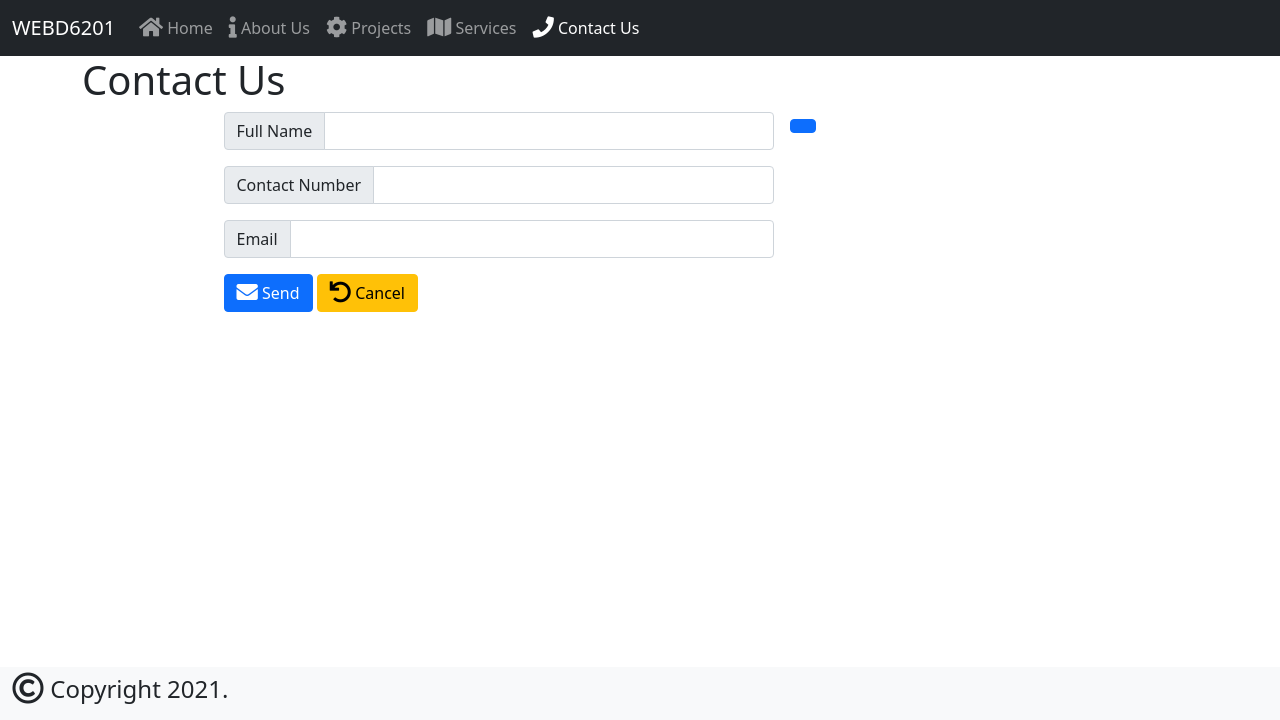
Repository: CKM206/WEBD6201-W2021-ICE2
Page: contact.html
These files come from the project's save history. The page is drawn as it stood at one moment and after the next save; the edit follows.
The browser window is 1280 px wide. The pictures show the whole page.

Above is the page before, as saved 2021-01-28 09:40:04.

### contact.html
<!DOCTYPE html>
<html lang="en">
<head>
    <meta charset="UTF-8">
    <meta name="viewport" content="width=device-width, initial-scale=1.0">
    <title>Contact</title>
    <!-- CSS Section -->
    <link rel="stylesheet" href="./node_modules/bootstrap/dist/css/bootstrap.min.css">
    <link rel="stylesheet" href="./node_modules/@fortawesome/fontawesome-free/css/all.min.css">
    <link rel="stylesheet" href="./Content/app.css">
</head>
<body>
    <!-- Main Header -->
    <header>
        <!-- Main Navigation -->
        <nav class="navbar navbar-expand-lg navbar-dark bg-dark">
            <div class="container-fluid">
              <a class="navbar-brand" href="index.html">WEBD6201</a>
              <button class="navbar-toggler" type="button" data-bs-toggle="collapse" data-bs-target="#navbarSupportedContent" aria-controls="navbarSupportedContent" aria-expanded="false" aria-label="Toggle navigation">
                <span class="navbar-toggler-icon"></span>
              </button>
              <div class="collapse navbar-collapse" id="navbarSupportedContent">
                <ul class="navbar-nav me-auto mb-2 mb-lg-0">
                  <li class="nav-item">
                    <a class="nav-link" aria-current="page" href="index.html"><i class="fas fa-home fa-lg"></i> Home</a>
                  </li>

                  <li class="nav-item">
                    <a class="nav-link" aria-current="page" href="about.html"><i class="fas fa-info fa-lg"></i> About Us</a>
                  </li>

                  <li class="nav-item">
                    <a class="nav-link" aria-current="page" href="projects.html"><i class="fas fa-cog fa-lg"></i> Projects</a>
                  </li>

                  <li class="nav-item">
                    <a class="nav-link" aria-current="page" href="services.html"><i class="fas fa-map fa-lg"></i> Services</a>
                  </li>

                  <li class="nav-item">
                    <a class="nav-link active" aria-current="page" href="contact.html"><i class="fas fa-phone fa-lg"></i> Contact Us</a>
                  </li>
                </ul>
              </div>
            </div>
          </nav>
    </header>

    <!-- Main Content -->
    <main class="container">
        <h1>Contact Us</h1>
        <div id="messageArea"></div>

        <div class="row justify-content-lg-center g-3">
          <form class="col-lg-6 col-md-10 col-sm-10">

            <div class="input-group mb-3">
              <span class="input-group-text" id="inputGroup-sizing-default">Full Name </span>
              <input id="fullName" type="text" class="form-control" aria-label="Full Name" aria-describedby="Full Name Input"
              name="fullName" required>
            </div>

            <div class="input-group mb-3">
              <span class="input-group-text" id="inputGroup-sizing-default">Contact Number</span>
              <input id="contactNumber" type="tel" class="form-control" aria-label="Contact Number" aria-describedby="Contact Number Input"
              name="contactNumber" required>
            </div>

            <div class="input-group mb-3">
              <span class="input-group-text" id="inputGroup-sizing-default">Email</span>
              <input id="emailAddress" type="email" class="form-control" aria-label="Email Address" aria-describedby="Email Address Input"
              name="emailAddress" required>
            </div>

            <button id="sendButton" type="submit" class="btn btn-primary"><i class="fas fa-envelope fa-lg"></i> Send</button>
            <button id="cancelButton" type="reset" class="btn btn-warning"><i class="fas fa-undo fa-lg"></i> Cancel</button>
          </form>

          <div class="col-lg-3 col-md-3">
            <button id="contactListButton" class="btn btn-primary">
          </div>
        </div>


    </main>

    <!-- Main Footer -->
    <footer>
        <nav class="navbar fixed-bottom navbar-light bg-light">
            <div class="container-fluid">
              <h4><i class="far fa-copyright fa-lg"></i> Copyright 2021.</h4>
            </div>
          </nav>
    </footer>

    <!-- Script Section-->
    <script src="./node_modules/jquery/dist/jquery.min.js"></script>
    <script src="./node_modules/bootstrap/dist/js/bootstrap.bundle.min.js"></script>
    <script src="./Scripts/contact.js"></script>
    <script src="./Scripts/app.js"></script>
</body>
</html>

### Scripts/contact.js
"use strict"

// Contact Class
class Contact {


    // Getters
    get FullName() {
        return this.m_fullName;
    }
    get ContactNumber() {
        return this.m_contactNumber;
    }
    get EmailAddress() {
        return this.m_emailAddress;
    }
    // Setters
    set FullName(fullName) {
        this.m_fullName = fullName;
    }
    set ContactNumber(contactNumber) {
        this.m_contactNumber = contactNumber;
    }
    set EmailAddress(emailAddress) {
        this.m_emailAddress = emailAddress;
    }
    // Constructor
    /**
     * Contact Class Constructor
     * @param {string} fullName
     * @param {string} contactNumber
     * @param {string} emailAddress
     */
    constructor(fullName = "", contactNumber = "", emailAddress = "") {
        this.FullName = fullName;
        this.ContactNumber = contactNumber;
        this.EmailAddress = emailAddress;
    }
    // Methods

    /**
     * toString() - This method is used to convert a Contact object into a string.
     *            it overrides the built-in toString() function.
     * @returns {string}
     */
    toString() {
        return `Full Name     : ${this.m_fullName}\nContact Number: ${this.m_contactNumber}\nEmail Address : ${this.m_emailAddress}`;
    }

    /**
     *  toJSON() - This method is used to convert an object of the Contact class
     *           into a JSON object made up of the Contact class properties.
     * @returns {object}
     */
    toJSON() {
        return {
            "fullName": this.FullName,
            "contactNumber": this.ContactNumber,
            "emailAddress": this.EmailAddress
        }
    }

    /**
     * serialize() - This method converts an Object of the Contact class into a comma-
     *             seperated value string
     *
     * @returns {string}
     */
    serialize() {
        if (this.FullName !== "" && this.ContactNumber !== "" && this.EmailAddress !== "")
        {
            return `${this.FullName},${this.ContactNumber},${this.EmailAddress}`;
        }
        else
        {
            console.error("Error: One or more Contact Properties are empty.");
            return null;
        }
    }

    /**
     * deserialize() - This method takes a comma-separated data string and assigns the
     *               values to a Contact Class Objects properties
     *
     * @param {string} data
     * @returns {void}
     */
    deserialize(data) {
        // This will split up the values found in data, delimmited by commas
        //-into a property Array.
        let propertyArray = data.split(",");

        this.FullName = propertyArray[0];
        this.ContactNumber = propertyArray[1];
        this.EmailAddress = propertyArray[2];
    }
}

### Scripts/app.js
/* custom JavaScript goes here */

//IIFE - Immediately Invoked Function Expression
//AKA - Anonymous Self-Executing Function
//Closure - limits scope leak

"use strict";

let myContact =
{
  "fullName":"Tom Smith",
  "contactNumber":"4165555555",
  "emailAddress":"tom@example.com",
  "saysHello": function() {
    console.log('${fullName} says hello!');
  },
  "someOtherObject": {
    "friendsList": [
      "Peter Parker", "Tony Stark", "Stephen Strange"
    ]
  }
};

(function () {
  function displayHome() {
    let paragraphOneText =
      "This is a simple site to demonstrate DOM Manipulation for ICE 1";

    let paragraphOneElement = document.getElementById("paragraphOne");

    paragraphOneElement.textContent = paragraphOneText;
    paragraphOneElement.className = "fs-5";

    // Step 1. document.createElement
    let newParagraph = document.createElement("p");
    // Step 2. configure the element
    newParagraph.setAttribute("id", "paragraphTwo");
    newParagraph.textContent = "...And this is paragraph two";
    // Step 3. select the parent element
    let mainContent = document.getElementsByTagName("main")[0];
    // Step 4. Add / Insert the element
    mainContent.appendChild(newParagraph);

    newParagraph.className = "fs-6";

    // another way of injecting content
    let paragraphDiv = document.createElement("div");
    let paragraphThree = `<p id="paragraphThree" class="fs-7 fw-bold">And this is the Third Paragraph</p>`;
    paragraphDiv.innerHTML = paragraphThree;

    // insertions

    // example of inserting before a node
    //newParagraph.before(paragraphDiv);

    // example of inserting after a node
    newParagraph.after(paragraphDiv);

    // deletions

    // example of removing a single element
    //paragraphOneElement.remove();

    // example of removeChild
    mainContent.removeChild(paragraphOneElement);

    // update / modification
    //mainContent.firstElementChild.textContent = "Welcome Home!";

    mainContent.innerHTML = `<h1 id="firstHeading">Welcome to WEBD6201 - Lab 1</h1>
         <p id="paragraphOne" class="fs-3 fw-bold">This is my first Paragraph</p>
        `;

  }

  function displayAbout() {

  }

  function displayProjects() {

  }

  function displayServices() {

  }

  function displayContact() {
    let messageArea = document.getElementById("messageArea");
    messageArea.hidden = true;

    // form validation
    let fullName = document.getElementById("fullName");
    fullName.addEventListener("blur", function () {
      if (fullName.value.length < 2) {
        fullName.focus();
        fullName.select();
        messageArea.hidden = false;
        messageArea.className = "alert alert-danger";
        messageArea.textContent = "Please enter an appropriate Name";
      } else {
        messageArea.removeAttribute("class");
        messageArea.hidden = true;
      }
    });

    let sendButton = document.getElementById("sendButton");
    sendButton.addEventListener("click", function (event) {
      event.preventDefault();

      let contact = new Contact(fullName.value, contactNumber.value, emailAddress.value);
      if(contact.serialize() !== null)
      {
        localStorage.setItem((localStorage.length + 1).toString(), contact.serialize());
      }
      });
  }

  function displayServices() {

  }

  function Start() {
    console.log("App Started...");

    switch (document.title) {
      case "Home":
        displayHome();
        break;
      case "About":
        displayAbout();
        break;
      case "Projects":
        displayProjects();
        break;
      case "Services":
        displayServices();
        break;
      case "Contact":
        displayContact();
        break;
      case "Contact-List":
        displayContactList();
        break;
    }

  }

  window.addEventListener("load", Start);

})();

Loaded but not shown: node_modules/bootstrap/dist/css/bootstrap.min.css (library); node_modules/@fortawesome/fontawesome-free/css/all.min.css (library); Content/app.css (common file); node_modules/jquery/dist/jquery.min.js (library); node_modules/bootstrap/dist/js/bootstrap.bundle.min.js (library)

After the next save:
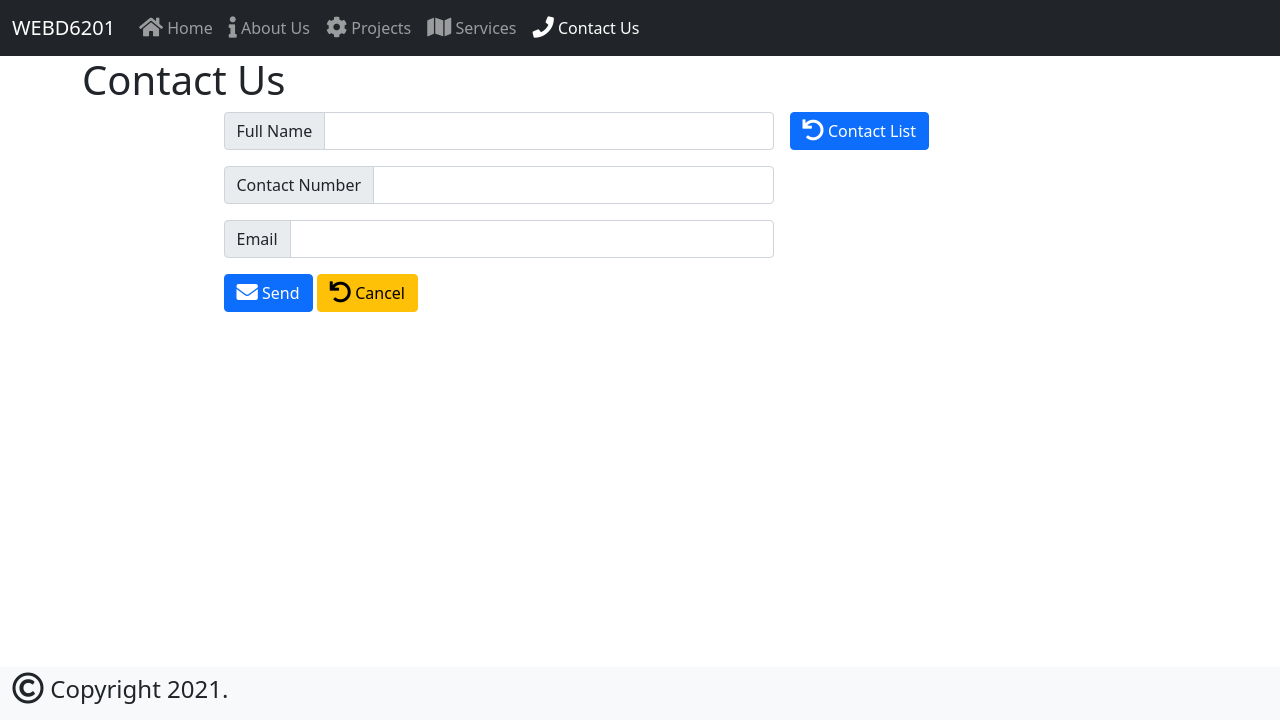
Saved 21 s later.
--- a/contact.html
+++ b/contact.html
@@ -77,7 +77,7 @@
           </form>
 
           <div class="col-lg-3 col-md-3">
-            <button id="contactListButton" class="btn btn-primary">
+            <button id="contactListButton" class="btn btn-primary"><i class="fas fa-undo fa-lg"></i> Contact List</button>
           </div>
         </div>
 
